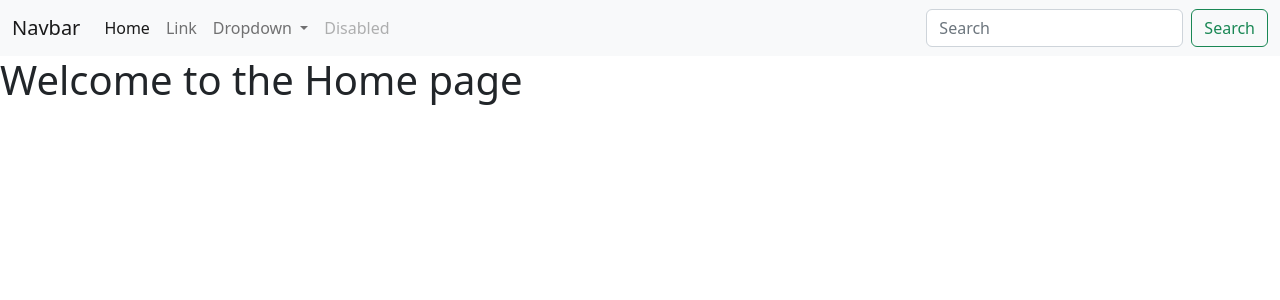
Repository: nhoque7/week3t.2
Page: http://localhost/
The author's editor kept a copy of each file at every save. The page is drawn from the files as they stood at one save, then again after the next save.
The browser window is 1280 px wide. The pictures show the whole page.
The page is served by the project's Node server (server.js).

Above is the page before, as saved 2022-10-13 14:21:23.

After the next save:
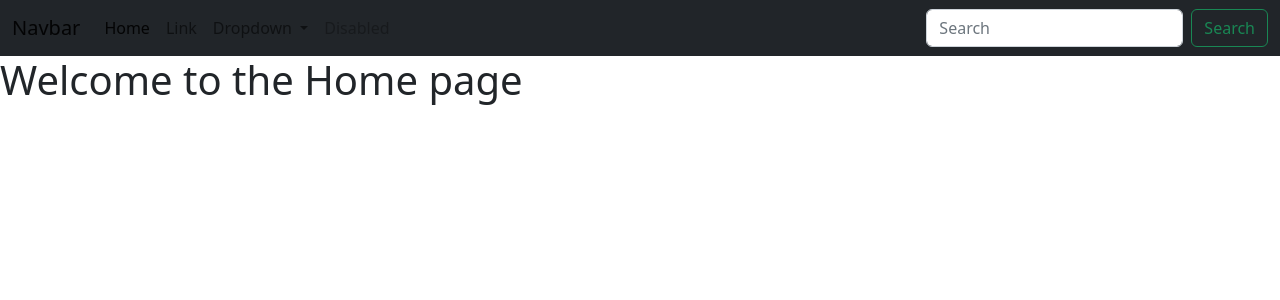
Saved 91 s later.
--- a/views/index.ejs
+++ b/views/index.ejs
@@ -13,7 +13,7 @@
 </head>
 <body>
   <!--Main Navigation-->
-  <nav class="navbar navbar-expand-lg bg-light">
+  <nav class="navbar navbar-expand-lg bg-dark">
     <div class="container-fluid">
       <a class="navbar-brand" href="#">Navbar</a>
       <button class="navbar-toggler" type="button" data-bs-toggle="collapse" data-bs-target="#navbarSupportedContent" aria-controls="navbarSupportedContent" aria-expanded="false" aria-label="Toggle navigation">
